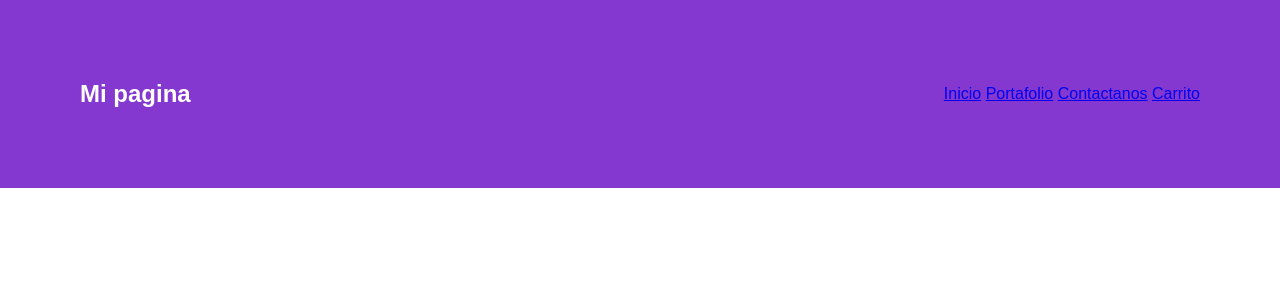
Repository: TzStrikerYT/Dise-o-web-NA00
Page: Proyecto-01/index.html
The author's editor kept a copy of each file at every save. The page is drawn from the files as they stood at one save, then again after the next save.
The browser window is 1280 px wide. The pictures show the whole page.

Above is the page before, as saved 2024-08-21 21:15:03.

After the next save:
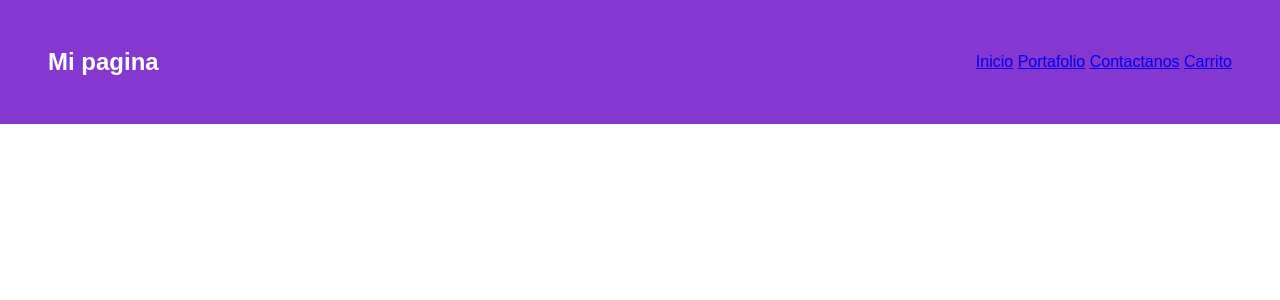
Saved 5 s later.
--- a/Proyecto-01/style.css
+++ b/Proyecto-01/style.css
@@ -11,5 +11,5 @@
     align-items: center;
     background: #8438d0;
     color: #fff;
-    padding: 5rem;
+    padding: 3rem;
 }
